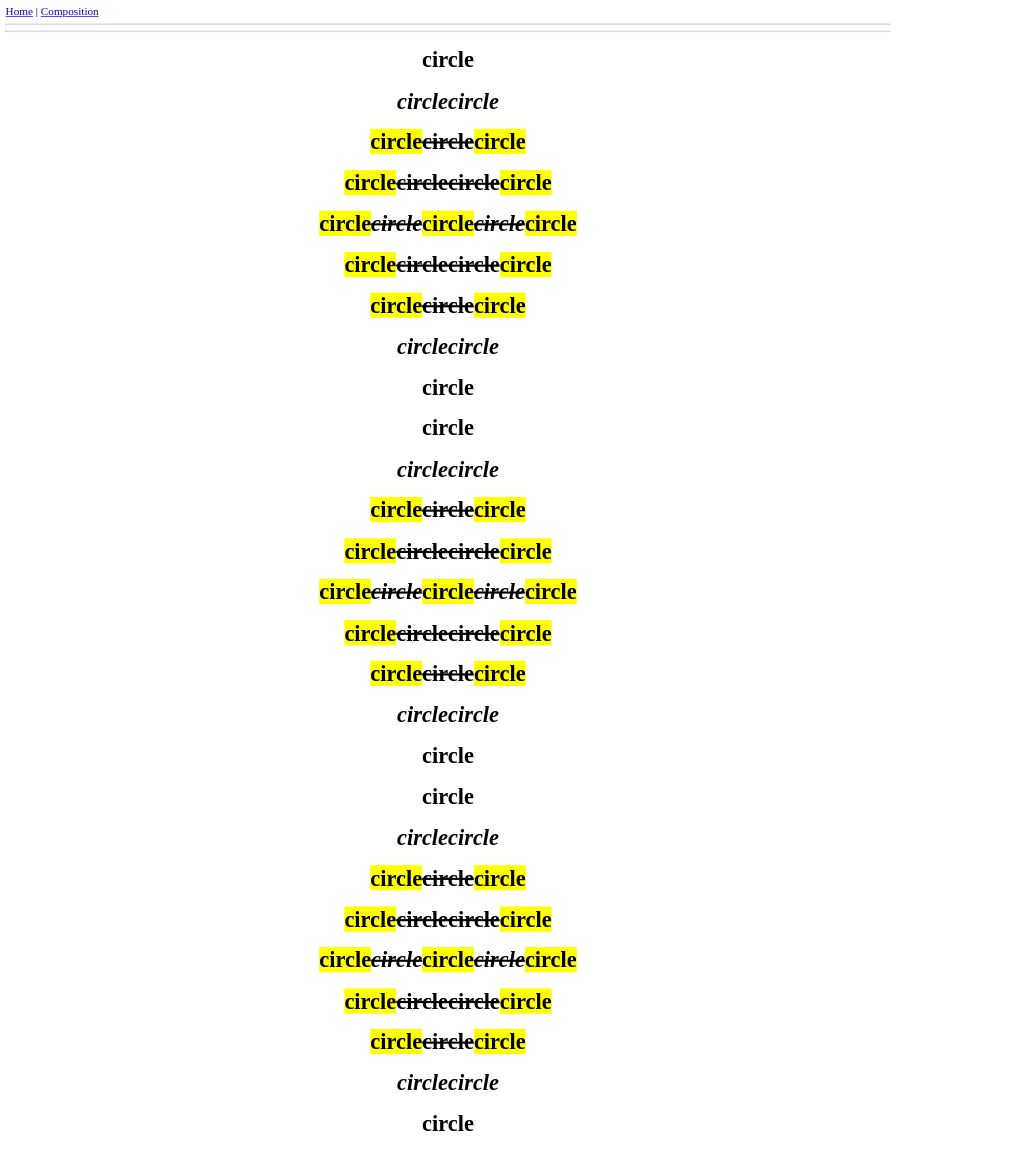
Repository: parkh899/parkh899.github.io
Page: lab/composition2.html
The author's editor kept a record of every edit. The page is drawn from the files as they stood at one moment, then again after the next edit.
The browser window is 1280 px wide. The page is 1458 px wide, so the pictures cover 1458 px, including what lies to the right of the window. The pictures show the part of the page from y = 0 to 1680 px (the page is 3793 px tall), at 70% of full size.

Above is the page before.

After the next edit:
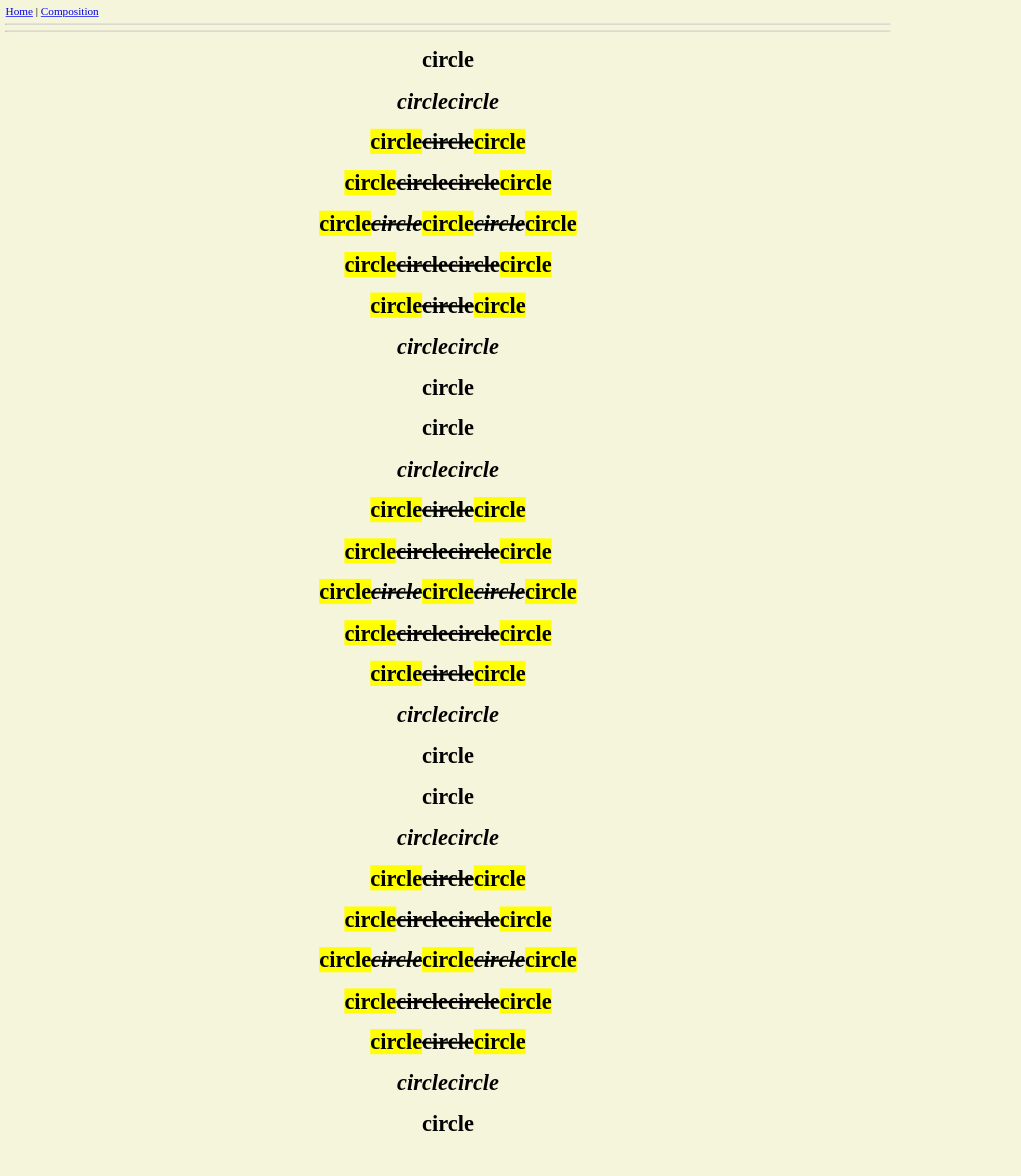
The edit:
--- a/lab/composition2.html
+++ b/lab/composition2.html
@@ -1,5 +1,7 @@
-<html
-
+<html>
+<head>
+    <link rel="icon" href="../favicon.jpg" sizes="16x16 32x32" type="image/jpg">
+</head>
 <body bgcolor="beige">
 
 <a href = "../index.html">Home</a> | <a href = "index.html">Composition</a>
